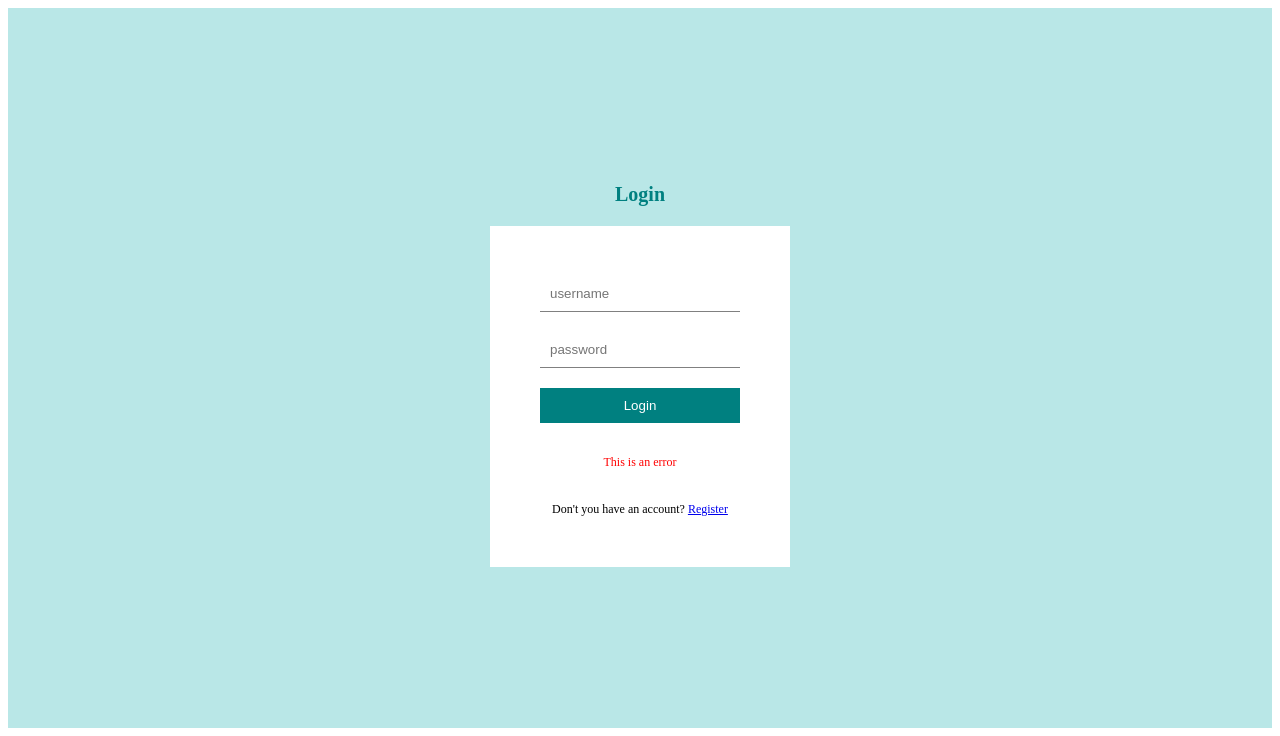
Repository: Jace9999/V-Blog
Page: /register (app in client/youtube2022/)
An editor plug-in stored every save of this project. The page is shown before and after the next save, followed by the edit.
The browser window is 1280 px wide. The pictures show the whole page.
The project was rebuilt for these pictures with package versions that can differ from the ones it lists, and the page was loaded fresh each time. Also part of the build but not shown: client/youtube2022/src/pages/Home.jsx, client/youtube2022/src/pages/Single.jsx, client/youtube2022/src/pages/Write.jsx, client/youtube2022/src/pages/Login.jsx, client/youtube2022/src/components/Navbar.jsx, client/youtube2022/src/components/Footer.jsx.

Above is the page before, as saved 2023-08-02 14:48:08.

### client/youtube2022/src/App.jsx
import {
  createBrowserRouter,
  RouterProvider,
  Route,
  Outlet,
} from "react-router-dom"

import { Register } from "./pages/Register";
import { Home } from "./pages/Home";
import { Single } from "./pages/Single";
import { Write } from "./pages/Write";
import { Login } from "./pages/Login";
import { Navbar } from "./components/Navbar";
import { Footer } from "./components/Footer";
import "./style.scss"

const Layout = ()=>{
  return (
    <>
    <Navbar/>
    <Outlet/>
    <Footer/>
    </>
  );
};

const router = createBrowserRouter([
  {
    path: "/",
    element: <Layout/>,
    children:[
      {
       path:"/",
        element:<Home/>
      },
      {
        path:"/post/:id",
        element:<Single/>
      },
      {
        path:"/write",
        element:<Write/>
      }
  ]
  },
  {
    path: "/register",
    element: <Register/>
  },
  {
    path: "/single",
    element: <Single/>
  },
  {
    path: "/write",
    element: <Write/>
  },
  {
    path: "/login",
    element: <Login/>
  },
  {
    path: "/home",
    element: <Home/>
  }

]);



function App() {
  return (
    <div className="app">
      <div className="container">

        <RouterProvider router= {router}/>

      </div>
    </div>);
}



export default App;

### client/youtube2022/src/pages/Register.jsx
import React from 'react'
import { Link } from 'react-router-dom'

export const Register = () => {
  return (
    <div className='auth'>
      <h1>Login</h1>
      <form>
        <input type="text" placeholder='username'/>
        <input type="password" placeholder='password'/>
        <button>Login</button>
        <p>This is an error</p>
        <span>Don't you have an account? <Link to="/register">Register</Link></span>
      </form>

    </div>
  )
}

### client/youtube2022/src/style.scss

$lightGreen: #b9e7e7;

.app{
    .container{
        //Login & Register
         .auth{
            display:flex;
            flex-direction: column;
            align-items: center;
            justify-content: center;
            height: 100vh;
            background-color : $lightGreen;

            h1{
                font-size:20px;
                color: teal;
                margin-bottom: 20px;
            }

            form{
                display: flex;
                flex-direction: column;
                padding: 50px;
                background-color: white;
                width: 200px;
                gap: 20px;

                input{
                    padding: 10px;
                    border: none;
                    border-bottom: 1px solid gray;
                }

                button{
                    padding: 10px;
                    border: none;
                    background-color: teal;
                    cursor: pointer;
                    color: white;
                }

                p{
                    font-size: 12px;
                    color: red;
                    text-align: center;
                }

                span{
                    font-size: 12px;
                    text-align: center;
                }
            }

        }

    }
}

Loaded but not shown: client/youtube2022/index.html (common file); client/youtube2022/src/main.jsx (common file)

After the next save:
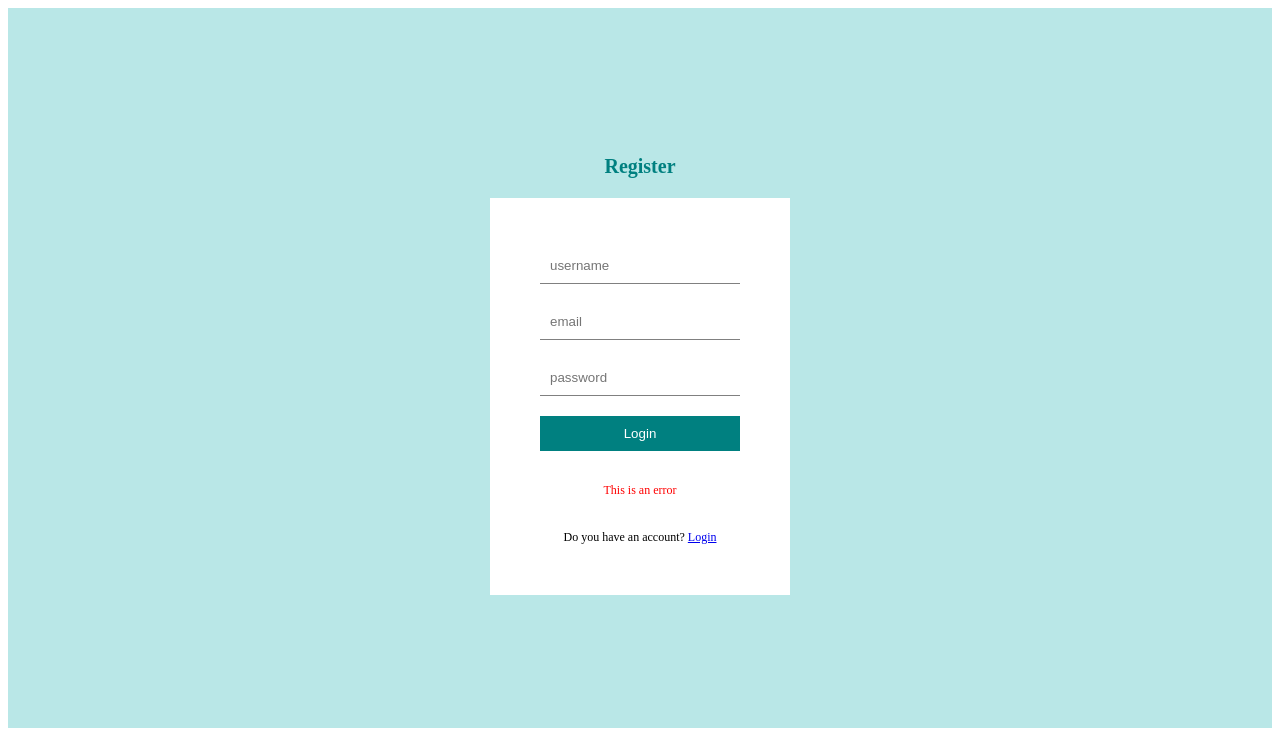
Saved 1 s later.
--- a/client/youtube2022/src/pages/Register.jsx
+++ b/client/youtube2022/src/pages/Register.jsx
@@ -4,13 +4,14 @@ import { Link } from 'react-router-dom'
 export const Register = () => {
   return (
     <div className='auth'>
-      <h1>Login</h1>
+      <h1>Register</h1>
       <form>
         <input type="text" placeholder='username'/>
+        <input type="text" placeholder='email'/>
         <input type="password" placeholder='password'/>
         <button>Login</button>
         <p>This is an error</p>
-        <span>Don't you have an account? <Link to="/register">Register</Link></span>
+        <span>Do you have an account? <Link to="/login">Login</Link></span>
       </form>
 
     </div>
